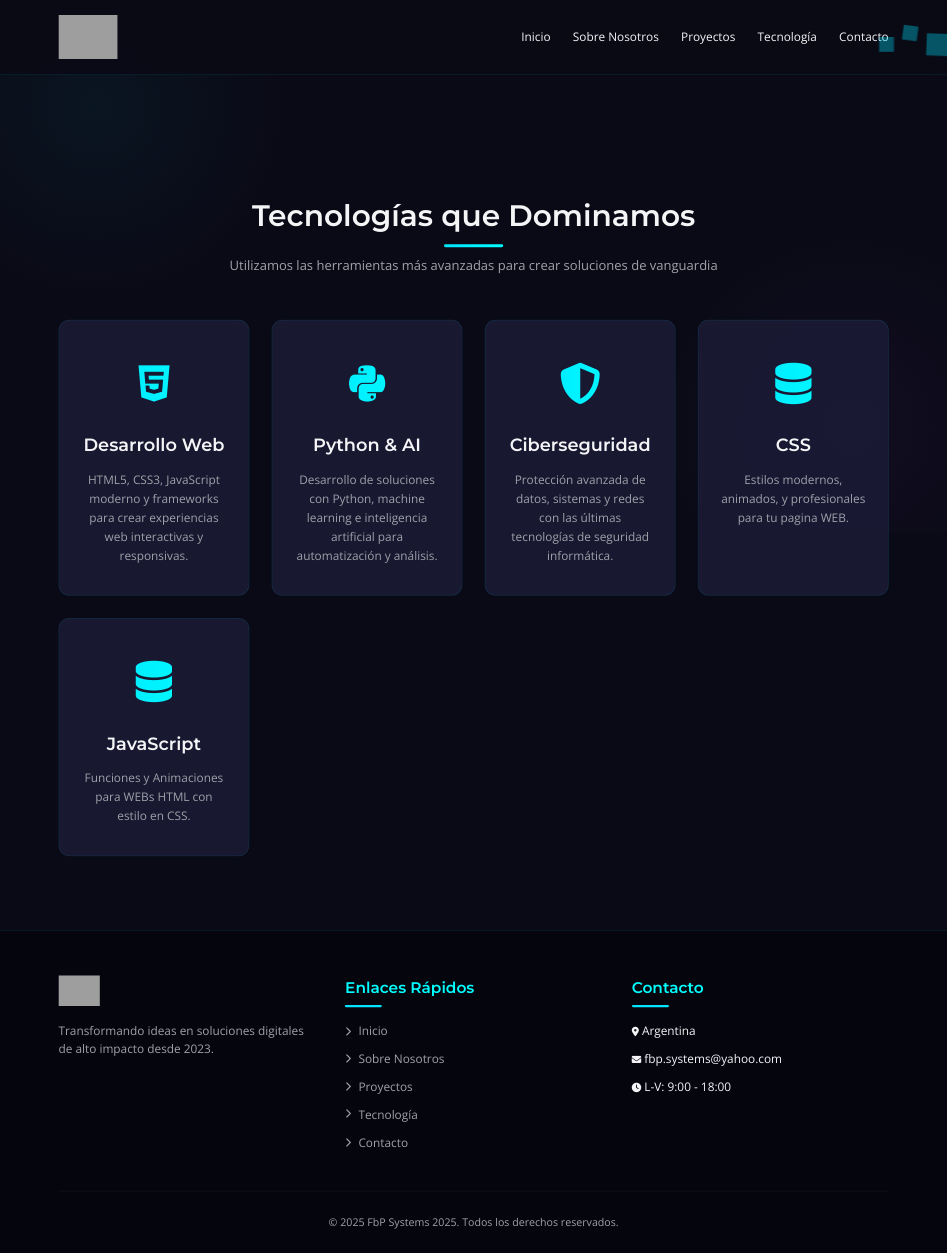
Repository: FabriDevelope/fbp-system
Page: tecnologias.html
An editor plug-in stored every save of this project. The page is shown before and after the next save, followed by the edit.
The browser window is 1280 px wide. The pictures show the whole page, at 74% of full size.
Pictures or frames that could not be fetched are drawn as grey boxes.

Above is the page before, as saved 2025-08-01 17:29:09.

After the next save:
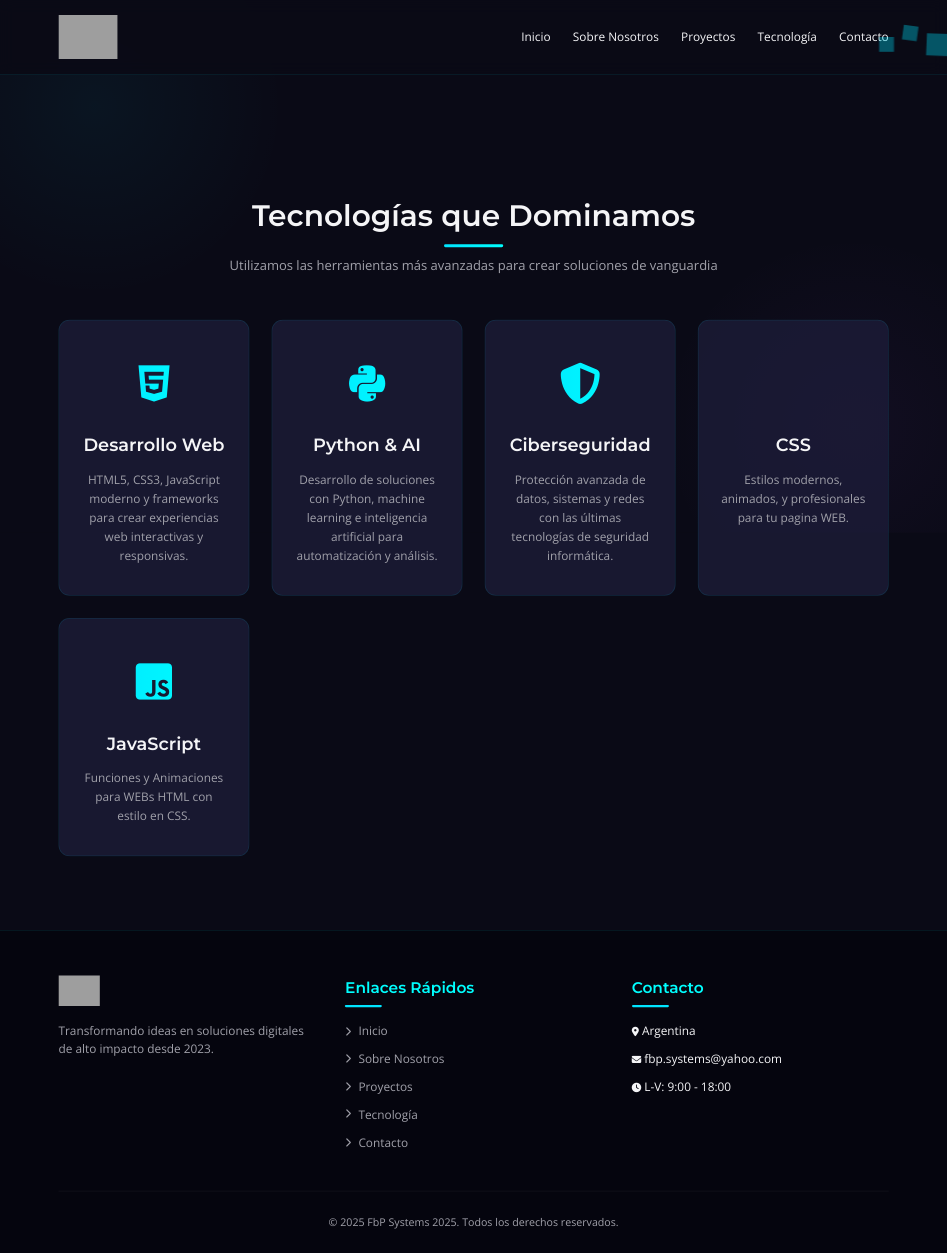
Saved 38 s later.
--- a/tecnologias.html
+++ b/tecnologias.html
@@ -71,14 +71,14 @@
                 </div>
                 <div class="tech-card">
                     <div class="tech-icon">
-                        <i class="fas fa-database"></i>
+                        <i class="fa-brands fa-css"></i>
                     </div>
                     <h3>CSS</h3>
                     <p>Estilos modernos, animados, y profesionales para tu pagina WEB.</p>
                 </div>
                     <div class="tech-card">
                     <div class="tech-icon">
-                        <i class="fas fa-database"></i>
+                        <i class="fa-brands fa-square-js"></i>
                     </div>
                     <h3>JavaScript</h3>
                     <p>Funciones y Animaciones para WEBs HTML con estilo en CSS.</p>
